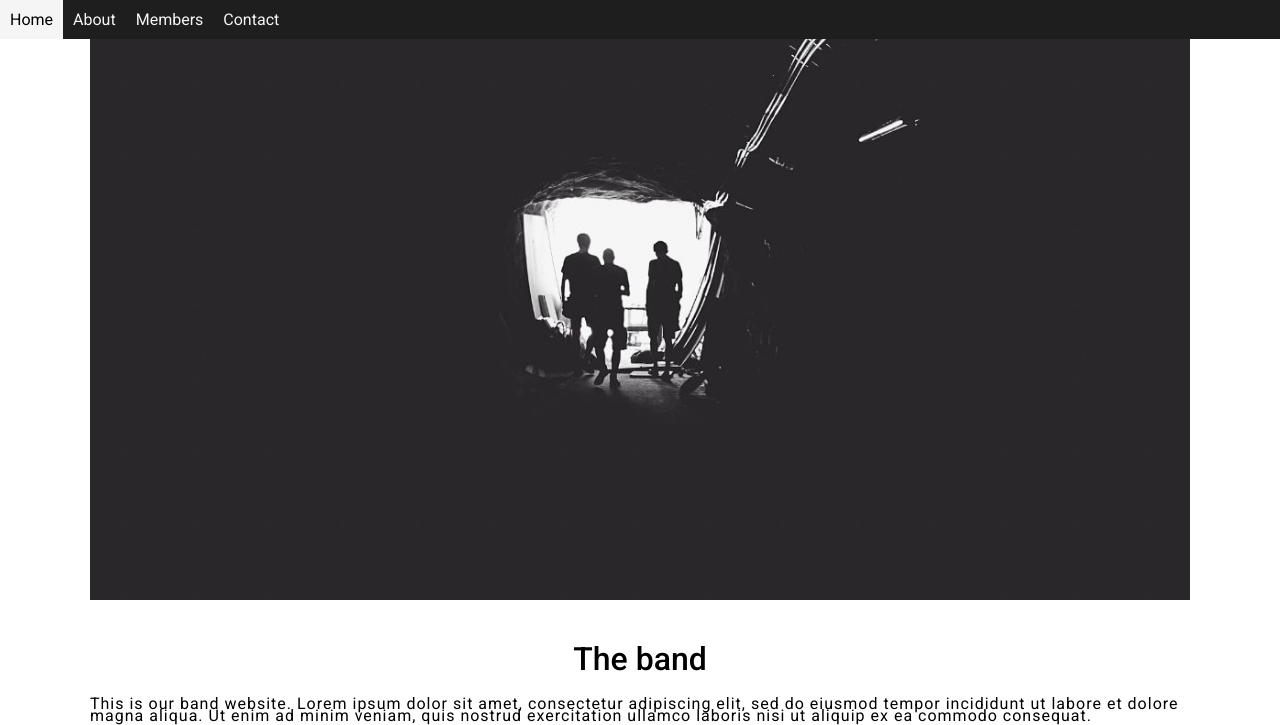
Repository: hieu-22/w3_band_UI
Page: index.html
These files come from the project's save history. The page is drawn as it stood at one moment and after the next save; the edit follows.
The browser window is 1280 px wide. The pictures show the whole page.

Above is the page before, as saved 2022-12-30 09:24:40.

After the next save:
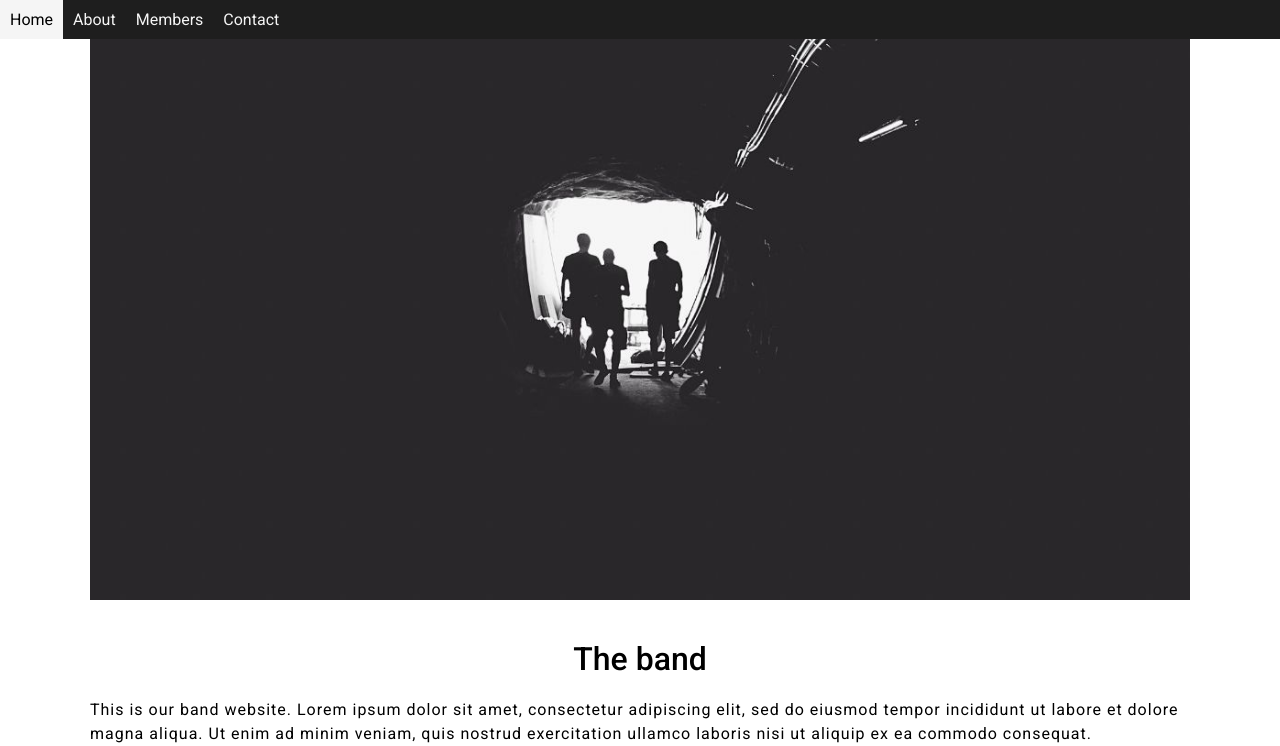
Saved 8 s later.
--- a/assets/css/style.css
+++ b/assets/css/style.css
@@ -62,5 +62,5 @@ html {
 
 .content__about-description {
     letter-spacing: 1px;
-    line-height: 12px;
+    line-height: 24px;
 }
